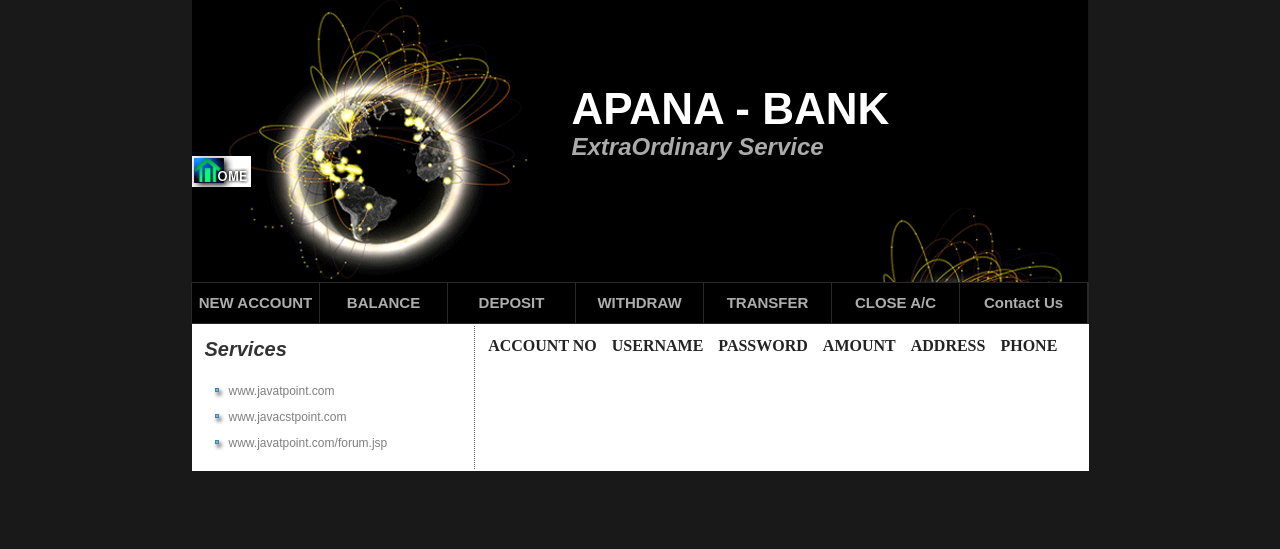
Repository: subhamsourabh265/collegeProjects
Page: http://localhost/OnlineBankingSystems/index.jsp
The author's editor kept a copy of each file at every save. The page is drawn from the files as they stood at one save, then again after the next save.
The browser window is 1280 px wide. The pictures show the whole page.
The page is served by Tomcat 9. Queries for data that is not in the repository find no rows.

Above is the page before, as saved 2015-11-30 11:26:48.

After the next save:
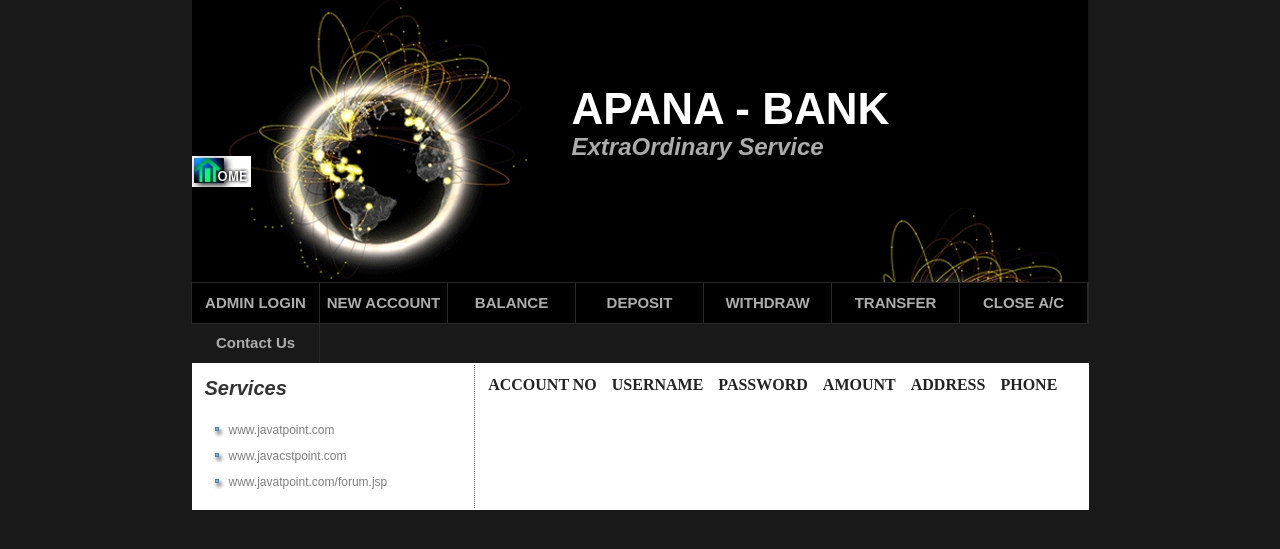
Saved 4 min 17 s later.
--- a/OnlineBankingSystems/WebContent/index.jsp
+++ b/OnlineBankingSystems/WebContent/index.jsp
@@ -29,6 +29,7 @@
 
 <div id="navigation">
     <ul>
+    <li><a href="mylogin.html">ADMIN LOGIN</a></li>
     <li><a href="create.html">NEW ACCOUNT</a></li>
     <li><a href="balance1.jsp">BALANCE</a></li>
     <li><a href="deposit1.jsp">DEPOSIT</a></li>
